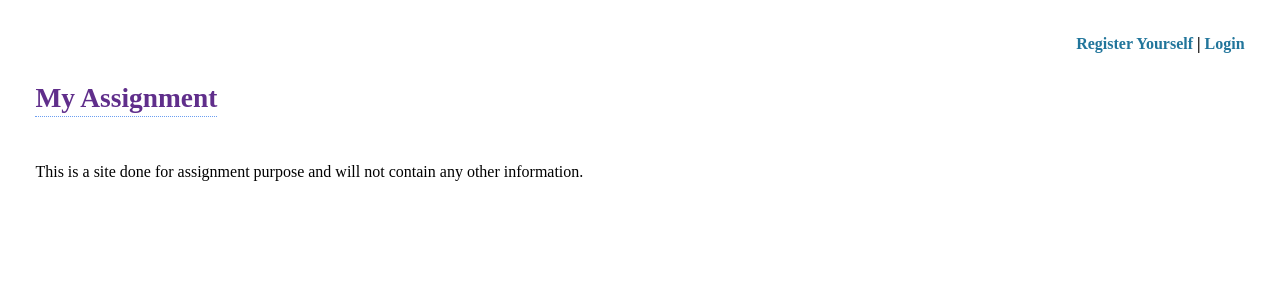
Repository: jbharatrhodes/assignment-final
Page: views/layout.hbs
The author's editor kept a record of every edit. The page is drawn from the files as they stood at one moment, then again after the next edit.
The browser window is 1280 px wide. The pictures show the whole page.
The page is served by the project's Node server (backend/index.js). The template is opened directly, without the code that normally fills it, so the values that code supplies are empty.

Above is the page before.

### views/layout.hbs
<!DOCTYPE html>
<html>
    <head>
        <meta charset="UTF-8" />
        <meta name="viewport" content="width=device-width" />
        <title>My assignment {{#if title}} -{{title}} {{/if}}</title>
        <meta name="description" content="No matter what you're craving, Restaurant to Room has you covered. Our fast and friendly delivery service brings you hot, fresh food, from a diverse choice of local restaurants." />

        <link rel='stylesheet' href="/stylesheets/mjCont.css" type='text/css' media='all' />
        <link rel='stylesheet' href='/stylesheets/front.css' type='text/css' media='all' />
        <link rel='stylesheet' href='/stylesheets/style.css' type='text/css' media='all' />
        <link id="twentytwelve-fonts-css" media="all" type="text/css" href="//fonts.googleapis.com/css?family=Open+Sans:400italic,700italic,400,700&subset=latin,latin-ext" rel="stylesheet">
        <script type='text/javascript' src='/javascripts/jquery.js'></script>


    </head>
    <body class="custom-font-enabled">

        <div id="page" class="hfeed site">
	        <header id="masthead" class="site-header" role="banner">
		         <h1 class="site-header">My Assignment</h1>


            </header>
             {{#if firstname}}
    <div id="greeting" style="float:right">
      <strong>Hello, {{firstname}}!</strong>
        <a href="/">Home</a>| <a href="/users/logout">Log out</a>
    </div>
        {{else}}
    <div id="greeting" style="float:right">
      <strong>
       <a href="/users/register">Register Yourself</a> | <a href="/users/login">Login</a></strong>
    </div>
    {{/if}}







	        <div id="main" class="wrapper">
	            <div id="primary" class="site-content">
		            <div id="content" role="main">
                        <div class="entry-content">
							<div class="panel-grid" id="pg-218-0">

								<div class="panel-grid-cell" id="pgc-218-0-1">
									<div id="page-content" class="panel widget panel-first-child panel-last-child">
										<!-- BEGIN page-specific content -->
										{{{body}}}
										<!-- END page-specific content -->
									</div>
								</div>
							</div>
						</div>
                    </div>
	            </div>
            </div>
	        <footer id="colophon" role="contentinfo">
		        <div class="site-info">
			      This is a site done for assignment purpose and will not contain any other information.
			       </div>
	        </footer>
        </div>
    </body>
</html>

### backend/index.js
var express = require('express');
var mongoose = require('mongoose');
var bodyParser = require('body-parser');
var methodOverride = require('method-override');
var _ = require('lodash');

// Create the application.
var app = express();


app.use(bodyParser.urlencoded({extended: true}));
app.use(bodyParser.json());
app.use(methodOverride('X-HTTP-Method-Override'));


app.use(function(req, res, next) {
  res.header('Access-Control-Allow-Origin', '*');
  res.header('Access-Control-Allow-Methods', 'GET,PUT,POST,DELETE');
  res.header('Access-Control-Allow-Headers', 'Content-Type');
  next();
});

// database connection
mongoose.connect('mongodb://localhost/janaapp');
mongoose.connection.once('open', function() {

  // Load the models.
 // app.models = require('./models/index');

  // Load the routes.
  //var routes = require('./routes');
  //_.each(routes, function(controller, route) {
    //app.use(route, controller(app, route));
  //});

  console.log('Listening on port 3000...');
  app.listen(3000);
});

### public/stylesheets/mjCont.css
<<<<<<< HEAD
.updatedcss {
    background: none repeat scroll 0 0 #FFFFE0;
    border: 1px solid #D3D3D3;
    border-radius: 3px 3px 3px 3px;
    margin: 0 auto 1.625em;
    padding: 0.625em;
    position: relative;
    width: 94.9%;
    color: #000;
}


.clear{
	clear: both;
	height: 0;
	visibility: hidden;
	display: block;
}
a{
	text-decoration: none;
}
strong{
	font-weight: 700;
}
/******* GENERAL RESET *******/
h1{
	font-weight: 700;
	font-size: 18px;
	line-height: 1.2em;
	border-bottom: 1px dotted #6b9ef1;
	color: #5f95ef;
	margin-bottom: 1em;
}
/******* LOGO *******/
#logo{
	margin-top: 1em;
	display: block;
}
/******* /LOGO  *******/
/******* CONTAINER *******/

/******* /CONTAINER *******/
/******* FORM *******/
#mailform{
	padding: 0 10px 10px;
}
#mailform label{
	display: block;
	color: #797979;
	font-weight: 700;
	line-height: 1.4em;
}
.fieldBlock select, #mailform select{height:3em;}
.fieldBlock  input, .fieldBlock  select, #mailform input, #mailform select{
	width: 314px;
	padding: 6px;
	color: #949494;
	font-family: Arial,  Verdana, Helvetica, sans-serif;
	font-size: 11px;
	border: 1px solid #cecece;
}
.fieldBlock input.error , #mailform input.error{
	background: #f8dbdb;
	border-color: #e77776;
}
#mailform textarea{
	width: 314px;
	height: 72px;
	padding: 6px;
	color: #adaeae;
	font-family: Arial,  Verdana, Helvetica, sans-serif;
	font-style: italic;
	font-size: 12px;
	border: 1px solid #cecece;
}
#mailform textarea.error{
	background: #f8dbdb;
	border-color: #e77776;
}
#mailform div{
	margin-bottom: 15px;
	position:relative;
}
#mailform div span{
	margin-left: 10px;
	color: #b1b1b1;
	font-size: 11px;
	font-style: italic;
}
#mailform div span.error{
	color: #e46c6e;
}
#mailform #send{
	background: #6f9ff1;
	color: #fff;
	font-weight: 700;
	font-style: normal;
	border: 0;
	cursor: pointer;
}
#mailform #send:hover{
	background: #79a7f1;
}
#error{
	margin-bottom: 20px;
	border: 1px solid #efefef;
}
#error ul{
	list-style: square;
	padding: 5px;
	font-size: 11px;
}
#error ul li{
	list-style-position: inside;
	line-height: 1.6em;
}
#error ul li strong{
	color: #e46c6d;
}
#error.valid ul li strong{
	color: #93d72e;
}
/******* /FORM *******/
#mailform 	input[type="checkbox"]{
	width:10px;
}

#mailform 	input[type="radio"]{
	width:20px;
}

input[type="text"], input[type="password"], textarea {
	box-shadow:;
	background:none;
}
#mailform label.error {

    bottom: -4px;
    color: #dd514c;
    font-size: 12px;
    left: 3px;
    padding: 3px;
    position: absolute;
}
.h-134{	height:134px;}
.h-71{	height:71px;}
#mailform .w-16{width: 16px;}
.p-12{padding: 12px;}
.h-43{min-height:43px;}
.h-100{min-height:100px;}
.f-13{font-size:13px;}
.error{color: #dd514c; width:324px; display:block;}
label.error{text-align: right;}
.fr{float:right; clear:both;}
.fl{float:left; clear:both;}
.message{color: #000000;}
.fieldBlock{width: 53%;}
#mjContact table td{height: 40px;}
#mjContact table td:first-child{font-weight:bold;}

.Eerror {
background: none repeat scroll 0 0 #EEE;
border: 1px solid #D3D3D3;
border-radius: 3px 3px 3px 3px;
margin: 0 auto 1.625em;
padding: 0.625em;
position: relative;
width: 94.9%;
color: #000;
=======
.updatedcss {
    background: none repeat scroll 0 0 #FFFFE0;
    border: 1px solid #D3D3D3;
    border-radius: 3px 3px 3px 3px;
    margin: 0 auto 1.625em;
    padding: 0.625em;
    position: relative;
    width: 94.9%;
    color: #000;
}


.clear{
	clear: both;
	height: 0;
	visibility: hidden;
	display: block;
}
a{
	text-decoration: none;
}
strong{
	font-weight: 700;
}
/******* GENERAL RESET *******/
h1{
	font-weight: 700;
	font-size: 18px;
	line-height: 1.2em;
	border-bottom: 1px dotted #6b9ef1;
	color: #5f95ef;
	margin-bottom: 1em;
}
/******* LOGO *******/
#logo{
	margin-top: 1em;
	display: block;
}
/******* /LOGO  *******/
/******* CONTAINER *******/

/******* /CONTAINER *******/
/******* FORM *******/
#mailform{
	padding: 0 10px 10px;
}
#mailform label{
	display: block;
	color: #797979;
	font-weight: 700;
	line-height: 1.4em;
}
.fieldBlock select, #mailform select{height:3em;}
.fieldBlock  input, .fieldBlock  select, #mailform input, #mailform select{
	width: 314px;
	padding: 6px;
	color: #949494;
	font-family: Arial,  Verdana, Helvetica, sans-serif;
	font-size: 11px;
	border: 1px solid #cecece;
}
.fieldBlock input.error , #mailform input.error{
	background: #f8dbdb;
	border-color: #e77776;
}
#mailform textarea{
	width: 314px;
	height: 72px;
	padding: 6px;
	color: #adaeae;
	font-family: Arial,  Verdana, Helvetica, sans-serif;
	font-style: italic;
	font-size: 12px;
	border: 1px solid #cecece;
}
#mailform textarea.error{
	background: #f8dbdb;
	border-color: #e77776;
}
#mailform div{
	margin-bottom: 15px;
	position:relative;
}
#mailform div span{
	margin-left: 10px;
	color: #b1b1b1;
	font-size: 11px;
	font-style: italic;
}
#mailform div span.error{
	color: #e46c6e;
}
#mailform #send{
	background: #6f9ff1;
	color: #fff;
	font-weight: 700;
	font-style: normal;
	border: 0;
	cursor: pointer;
}
#mailform #send:hover{
	background: #79a7f1;
}
#error{
	margin-bottom: 20px;
	border: 1px solid #efefef;
}
#error ul{
	list-style: square;
	padding: 5px;
	font-size: 11px;
}
#error ul li{
	list-style-position: inside;
	line-height: 1.6em;
}
#error ul li strong{
	color: #e46c6d;
}
#error.valid ul li strong{
	color: #93d72e;
}
/******* /FORM *******/
#mailform 	input[type="checkbox"]{
	width:10px;
}

#mailform 	input[type="radio"]{
	width:20px;
}

input[type="text"], input[type="password"], textarea {
	box-shadow:;
	background:none;
}
#mailform label.error {

    bottom: -4px;
    color: #dd514c;
    font-size: 12px;
    left: 3px;
    padding: 3px;
    position: absolute;
}
.h-134{	height:134px;}
.h-71{	height:71px;}
#mailform .w-16{width: 16px;}
.p-12{padding: 12px;}
.h-43{min-height:43px;}
.h-100{min-height:100px;}
.f-13{font-size:13px;}
.error{color: #dd514c; width:324px; display:block;}
label.error{text-align: right;}
.fr{float:right; clear:both;}
.fl{float:left; clear:both;}
.message{color: #000000;}
.fieldBlock{width: 53%;}
#mjContact table td{height: 40px;}
#mjContact table td:first-child{font-weight:bold;}

.Eerror {
background: none repeat scroll 0 0 #EEE;
border: 1px solid #D3D3D3;
border-radius: 3px 3px 3px 3px;
margin: 0 auto 1.625em;
padding: 0.625em;
position: relative;
width: 94.9%;
color: #000;
>>>>>>> b885d887e1ecde26b2f0af548719a72b441f64b9
}

### public/stylesheets/front.css
.panel-grid {
    zoom: 1;
}
.panel-grid:before {
    content: '';
    display: block;
}
.panel-grid:after {
    content: '';
    display: table;
    clear: both;
}
.panel-grid-cell {
    -ms-box-sizing: border-box;
    -moz-box-sizing: border-box;
    -webkit-box-sizing: border-box;
    box-sizing: border-box;

    padding: 0 17px;
    min-height: 1em;
}
.panel-grid-cell .panel {
    zoom: 1;
    min-height: 1em;
}
.panel-grid-cell .panel:before {
    content: '';
    display: block;
}
.panel-grid-cell .panel:after {
    content: '';
    display: table;
    clear: both;
}
.panel-grid-cell .panel.panel-last-child {
    margin-bottom: 0;
}
.panel-grid-cell .widget-title {
    margin-top: 0;
}

Loaded but not shown: public/stylesheets/style.css (common file); public/javascripts/jquery.js (library)

After the next edit:
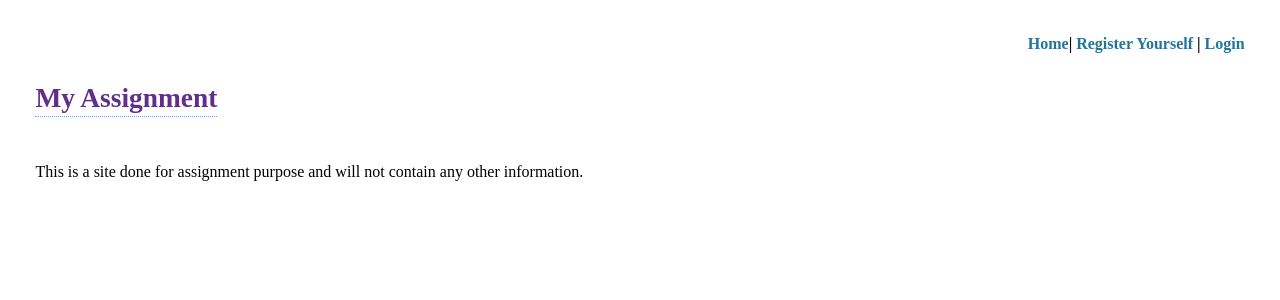
The edit:
--- a/views/layout.hbs
+++ b/views/layout.hbs
@@ -30,7 +30,7 @@
         {{else}}
     <div id="greeting" style="float:right">
       <strong>
-       <a href="/users/register">Register Yourself</a> | <a href="/users/login">Login</a></strong>
+     <a href="/">Home</a>|   <a href="/users/register">Register Yourself</a> | <a href="/users/login">Login</a></strong>
     </div>
     {{/if}}
 
